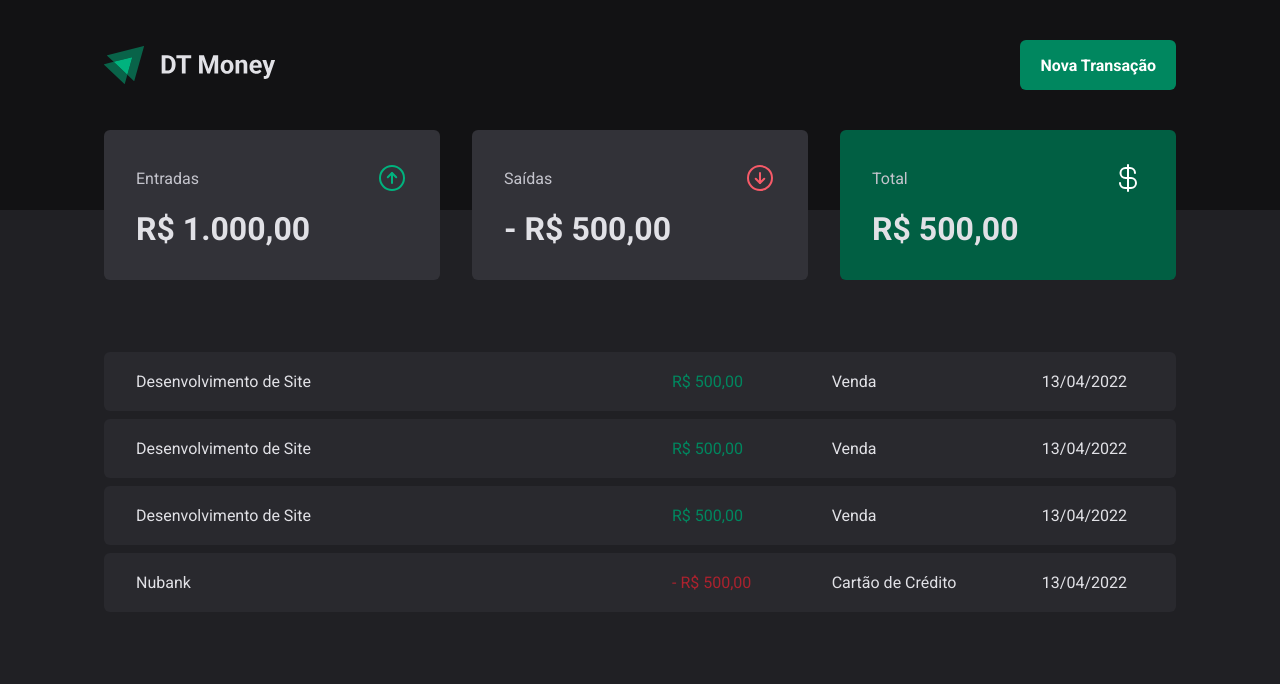
Repository: guilhermecardoso93/dtmoney-reactjs-ignite
Page: /
These files come from the project's save history. The page is drawn as it stood at one moment and after the next save; the edit follows.
The browser window is 1280 px wide. The pictures show the whole page.
The project was rebuilt for these pictures with package versions that can differ from the ones it lists, and the page was loaded fresh each time. Also part of the build but not shown: vite.config.ts.

Above is the page before, as saved 2022-08-15 21:45:24.

After the next save:
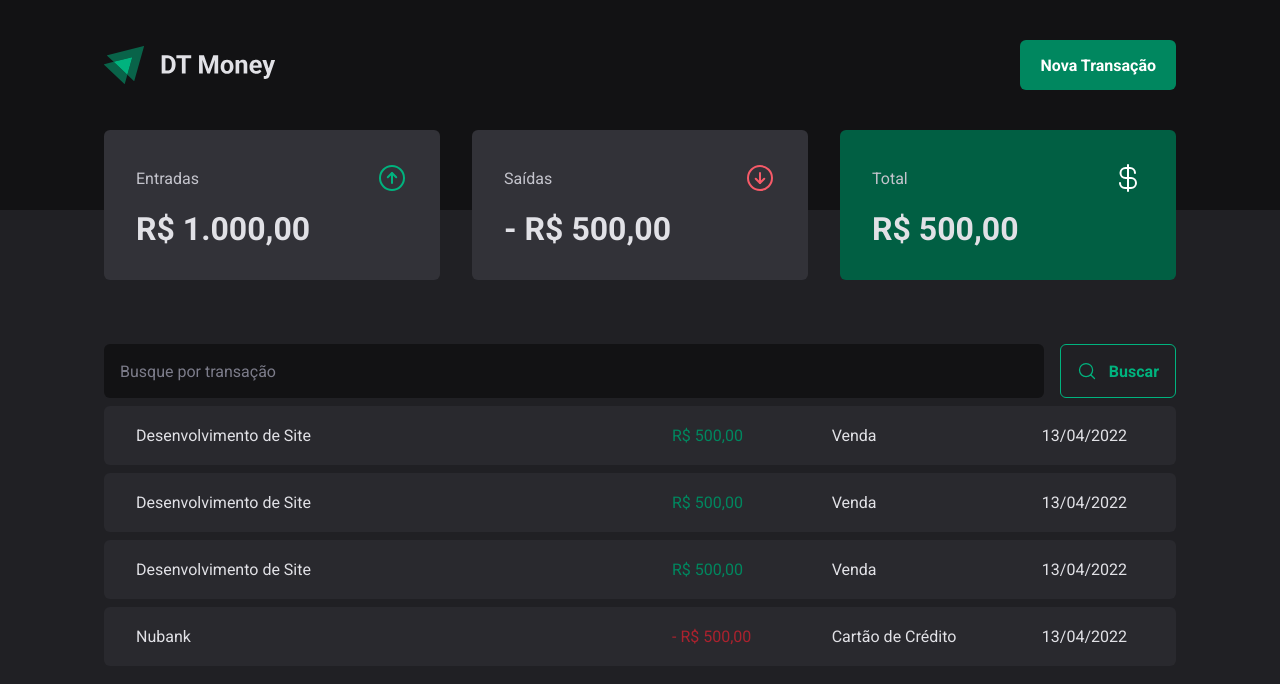
Saved 27 s later.
--- a/src/pages/Transactions/index.tsx
+++ b/src/pages/Transactions/index.tsx
@@ -1,3 +1,4 @@
+import { SearchForm } from "./components/SearchForm";
 import {
   PriceHighLight,
   TransactionContainer,
@@ -8,6 +9,7 @@ export function Transactions() {
   return (
     <>
       <TransactionContainer>
+        <SearchForm />
         <TransactionTable>
           <tbody>
             <tr>
